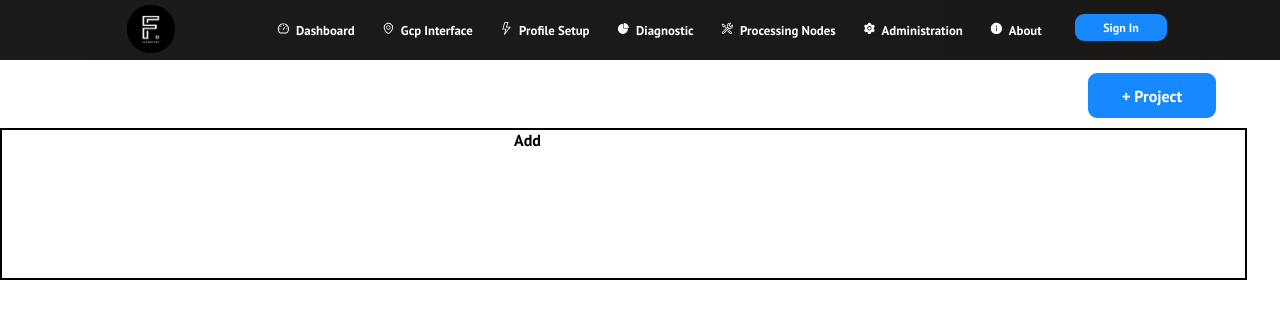
Repository: Akshaykumar1111/akki
Page: /Dashboard
An editor plug-in stored every save of this project. The page is shown before and after the next save, followed by the edit.
The browser window is 1280 px wide. The pictures show the whole page.
Some web libraries are served in a nearby version. The project was rebuilt for these pictures with package versions that can differ from the ones it lists, and the page was loaded fresh each time. Also part of the build but not shown: src/components/pages/Administration.css, src/components/pages/Administration.js, src/components/pages/Diagnostic.js, src/components/pages/ProfileSetup.js, src/components/pages/GcpInterface.js, src/components/pages/ProcessingNodes.js, src/components/pages/About.js, src/components/pages/Popup.css and 7 more.

Above is the page before, as saved 2022-10-20 11:10:18.

After the next save:
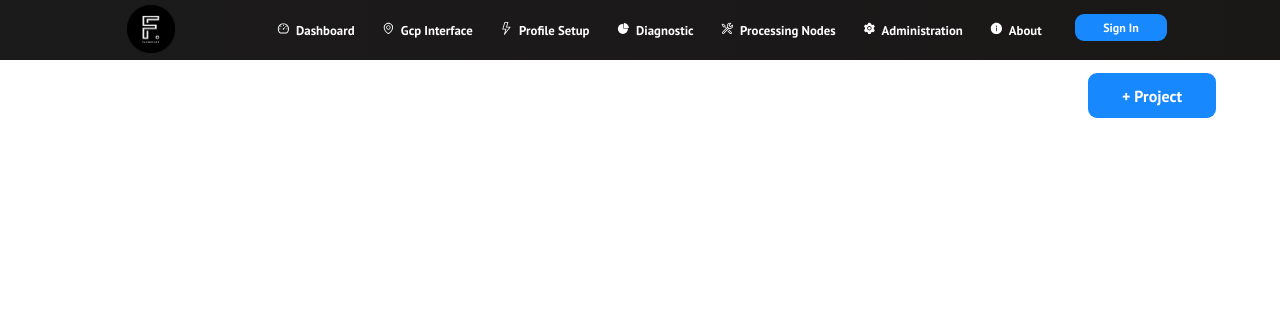
Saved 5 min 15 s later.
--- a/src/components/pages/Dashboard.js
+++ b/src/components/pages/Dashboard.js
@@ -7,7 +7,7 @@ import './Dashboard.css';
 export default function Dashboard() {
   return ( <>
   <button type="button" className='btn projectbtn'>+ Project</button>
-  <div11>Add</div11>
+
   </>
   )
  }
